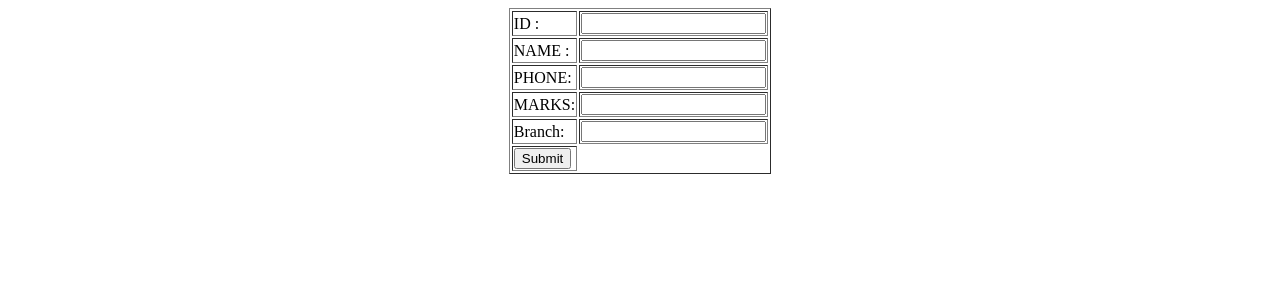
Repository: MayuriShinde124/Mayuri_20136571
Page: Question2StudentRegistrationPage/src/main/webapp/Registration.html
These files come from the project's save history. The page is drawn as it stood at one moment and after the next save; the edit follows.
The browser window is 1280 px wide. The pictures show the whole page.

Above is the page before, as saved 2023-07-11 07:37:10.

### Question2StudentRegistrationPage/src/main/webapp/Registration.html
<!DOCTYPE html>
<html>
<head>
<meta charset="ISO-8859-1">
<title>Insert title here</title>

</head>
<body>

<form action="Register">
<table border="1" style="margin-left: auto;
  margin-right: auto;">
<tr>
<td>
ID :
</td><td><input type="text" name="sid"></td>
<tr>
<td>
NAME :</td><td><input type="text" name="sname"></td>
<tr>
<td>
PHONE:</td><td><input type="text" name="sphone"></td></tr>
<tr><td>
MARKS:
</td><td><input type="text" name="smarks"></td></tr>
<tr><td>
Branch:</td><td><input type="text" name="sbranch"></td></tr>
<tr><td>
<input type="submit" name="click">
</td>
</tr>
</table>
</form>


</body>
</html>

After the next save:
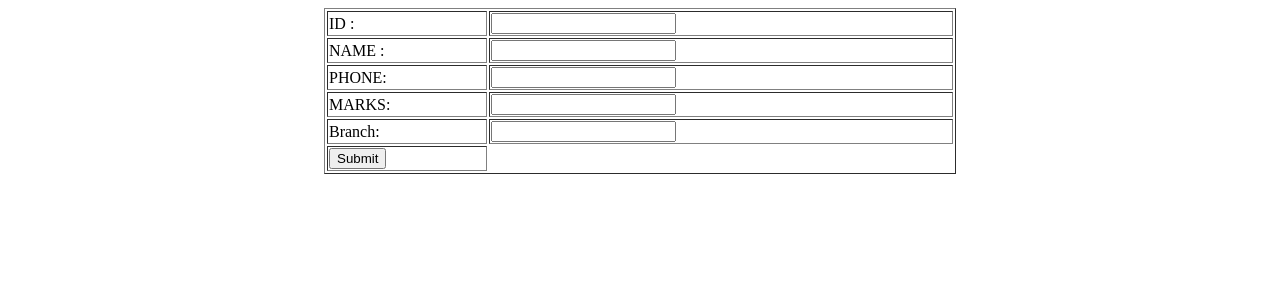
Saved 62 s later.
--- a/Question2StudentRegistrationPage/src/main/webapp/Registration.html
+++ b/Question2StudentRegistrationPage/src/main/webapp/Registration.html
@@ -9,7 +9,7 @@
 
 <form action="Register">
 <table border="1" style="margin-left: auto;
-  margin-right: auto;">
+  margin-right: auto;width:50%;height:50%">
 <tr>
 <td>
 ID :

After the save that followed:
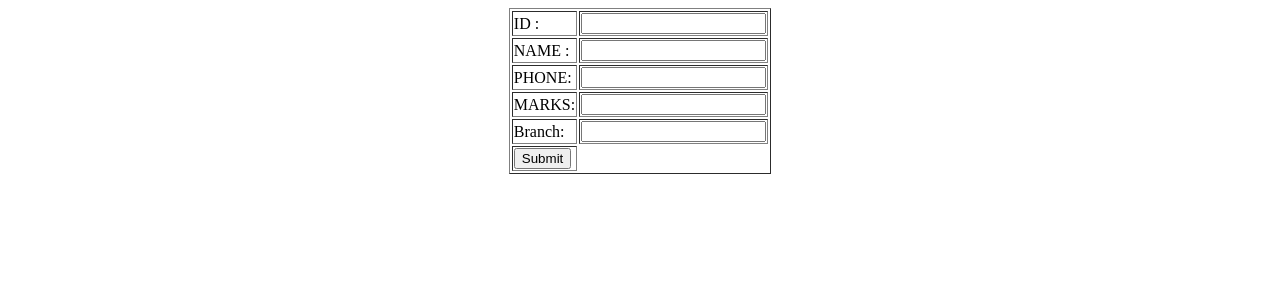
Saved 56 s later.
--- a/Question2StudentRegistrationPage/src/main/webapp/Registration.html
+++ b/Question2StudentRegistrationPage/src/main/webapp/Registration.html
@@ -9,7 +9,7 @@
 
 <form action="Register">
 <table border="1" style="margin-left: auto;
-  margin-right: auto;width:50%;height:50%">
+  margin-right: auto;width:20%;height:50%">
 <tr>
 <td>
 ID :
